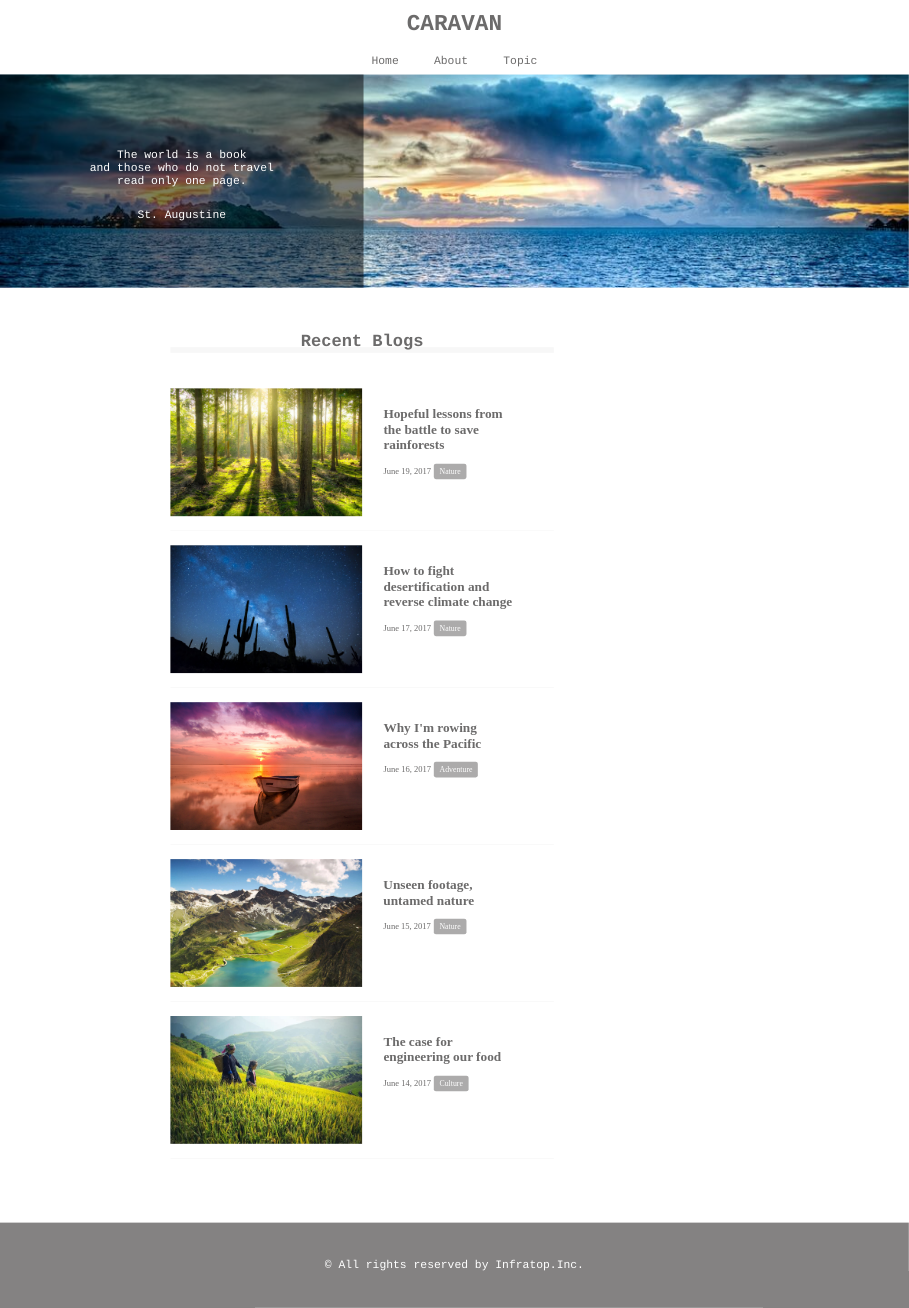
Repository: KoPiyt/Infratop-01
Page: caravan/index.html
The author's editor kept a record of every edit. The page is drawn from the files as they stood at one moment, then again after the next edit.
The browser window is 1280 px wide. The pictures show the whole page, at 71% of full size.

Above is the page before.

### caravan/index.html
<!DOCTYPE html>
<html lang="ja">
  <head>
    <meta charset="UTF-8" />
    <!-- CSSファイルの読み込み -->
    <link rel="stylesheet" href="style.css" />
    <title>CARAVAN</title>
  </head>

  <body>
    <!-- header -->
    <header>
      <h1 class="heading">
        <a href="index.html">
          CARAVAN
        </a>
      </h1>
    </header>

    <!-- navigation -->
    <nav>
      <ul class="nav-list">
        <li class="nav-list-item">
          <a href="index.html">Home</a>
        </li>
        <li class="nav-list-item">About</li>
        <li class="nav-list-item">Topic</li>
      </ul>
    </nav>

    <!-- main-visual用のdiv -->
    <div class="main-visual">
      <div class="main-visual-content">
        <!-- pタグ（と文字）を追加 -->
        <p class="main-visual-text">
          The world is a book<br>
          and those who do not travel<br>
          read only one page.
        </p>
        <p class="main-visual-name">
          St. Augustine
        </p>      </div>
    </div>

    <!-- main用のdiv -->
    <main>
      <section class="blog">
        <h2 class="blog-heading">Recent Blogs</h2>
    <div class="blog-box">
          <div class="blog-item">
            <img class="blog-image" src="img/forest.jpg" />
            <section class="blog-text">
              <h3 class="blog-text-heading">
                <a href="single.html">
                  Hopeful lessons from<br>
                  the battle to save<br>
                  rainforests
                </a>
              </h3>
              <p class="blog-date">June 19, 2017</p>
              <span class="category">Nature</span>
            </section>
          </div>

          <div class="blog-item">
            <img class="blog-image" src="img/desert.jpg" />
            <section class="blog-text">
              <h3 class="blog-text-heading">
                <a href="single.html">
                  How to fight<br>
                  desertification and<br>
                  reverse climate change
                </a>
              </h3>
              <p class="blog-date">June 17, 2017</p>
              <span class="category">Nature</span>
            </section>
          </div>

          <div class="blog-item">
            <img class="blog-image" src="img/sunset.jpg" />
            <section class="blog-text">
              <h3 class="blog-text-heading">
                <a href="single.html">
                  Why I'm rowing<br>
                  across the Pacific
                </a>
              </h3>
              <p class="blog-date">June 16, 2017</p>
              <span class="category">Adventure</span>
            </section>
          </div>

          <div class="blog-item">
            <img class="blog-image" src="img/italy.jpg" />
            <section class="blog-text">
              <h3 class="blog-text-heading">
                <a href="single.html">
                  Unseen footage,<br>
                  untamed nature
                </a>
              </h3>
              <p class="blog-date">June 15, 2017</p>
              <span class="category">Nature</span>
            </section>
          </div>

          <div class="blog-item">
            <img class="blog-image" src="img/asia.jpg" />
            <section class="blog-text">
              <h3 class="blog-text-heading">
                <a href="single.html">
                  The case for<br>
                  engineering our food
                </a>
              </h3>
              <p class="blog-date">June 14, 2017</p>
              <span class="category">Culture</span>
            </section>
          </div>
        </div>

      </section>
      <div class="sidebar"></div>
    </main>

    <!-- footer -->
    <footer>
      <p class="footer-text">© All rights reserved by Infratop.Inc.</p>
    </footer>
  </body>
</html>

### caravan/style.css
/* ブラウザがそれぞれ持っているCSSをリセットするための記述 */
* {
  margin: 0;
  padding: 0;
  box-sizing: border-box;
  color: #6c6b6b;
}

a {
  text-decoration: none;
}

header, nav, h2, .main-visual, footer {
  font-family: Chalkduster, "Bradley Hand", Courier, "Segoe Print", sans-serif;
}


header {
  width: 90%; /* 横幅90% */
  padding: 15px 0;
  margin: 0 auto;
  text-align: center;
}

.social i {
  display: inline-block;
  margin-left: 20px;
}

header .heading { /* headerタグ内のheadingクラスにのみ反映される */
  font-size: 32px;
}

.nav-list {
  text-align: center;
  padding: 10px 0;
  margin: 0 auto;
}

.nav-list-item {
  list-style: none;
  display: inline-block;
  margin: 0 20px;
}

.main-visual {
  width: 100%; /* 横幅いっぱい */
  height: 300px; /* 高さ300px */
  background-image: url(img/mv.jpg);
  background-size: cover;
  background-position: center;
}

.main-visual-content {
  width: 40%; /* 横幅40% */
  height: 300px; /* 親の高さに揃える */
  background-color: rgba( 0, 0, 0, 0.5); /* 背景色を半透明の黒にする */
  text-align: center; /* 文字を中央揃えにする */
  padding-top: 105px; /* 上側の内側余白で垂直方向の位置を調整 */
}

.main-visual-text {
  color: #fff; /* 文字色を白に変更 */
}

.main-visual-name {
  margin-top: 30px; /* 上側の外側の余白 */
  color: #fff; /* 文字色を白に変更 */
}

main {
  width: 800px; /* 横幅800px */
  display: flex; /* Flexboxの利用 */
  justify-content: center; /* 要素の横並び・中央寄せ */
  margin: 0 auto; /* 要素の中央揃え */
  padding: 70px 0; /* 上下に70px、左右に0pxの内側余白 */
}

.blog {
  width: 540px;
  margin-right: 30px; /* 領域の右側余白 */
}

.blog-heading {
  border-bottom: 8px solid #f7f7f7;
  text-align: center;
  line-height: 0.6;
}

.blog-box {
  padding-top: 50px;
}

.blog-item {
  padding-bottom: 20px;
  margin-bottom: 20px;
  border-bottom: 1px solid #f7f7f7;
  display: flex;
  justify-content: flex-start;
}

.blog-image {
  height: 180px;
}

.blog-text {
  padding: 25px 0 0 30px;
}

.blog-text-heading {
  padding-bottom: 15px;
}

.blog-date {
  font-size: 12px;
  display: inline-block;
}

.category {
  display: inline-block;
  padding: 5px 8px;
  background-color: #acabab;
  border-radius: 3px;
  color: #fff;
  font-size: 11px;
}

.pagination {
  text-align: center;
  padding-top: 50px;
}

.pagination p {
  display: inline-block;
  width: 30px;
  height: 30px;
  margin: 0 5px;
  color: #fff;
  background-color: #acabab;
  border-radius: 3px;
  line-height: 30px;
}

.sidebar {
  width: 230px;
}

.common-heading {
  border-bottom: 8px solid #f7f7f7;
  text-align: center;
  line-height: 0.6;
}

.sidebar-contents {
  padding: 50px 0;
}

.popular-text,
.categories-text {
  padding-bottom: 5px;
  border-bottom: 1px solid #f7f7f7;
  margin-bottom: 5px;
}

.popular-text:last-child,
.categories-text:last-child {
  margin: 0;
  padding: 0;
  border: none;
}

.instagram .sidebar-contents {
  display: flex;
  flex-wrap: wrap;
}

.instagram-box {
  width: 110px;
  padding-top: 110px;
  background-size: cover;
  background-position: center;
  margin-bottom: 10px;
}

.instagram-box:nth-child(odd) {
  margin: 0 10px 10px 0;
}

.instagram-box:nth-child(1) {
  background-image: url(img/airport.jpg);
}

.instagram-box:nth-child(2) {
  background-image: url(img/japan.jpg);
}

.instagram-box:nth-child(3) {
  background-image: url(img/snow.jpg);
}

.instagram-box:nth-child(4) {
  background-image: url(img/japan2.jpg);
}

.instagram-box:nth-child(5) {
  background-image: url(img/lake.jpg);
}

.instagram-box:nth-child(6) {
  background-image: url(img/road.jpg);
}

footer {
  width: 100%; /* 横幅いっぱい */
  height: 120px; /* 高さ120px */

  text-align: center;
  line-height: 120px;
  background-color: #848282;
}

.footer-text {
  color: #fff;
}


@media screen and (max-width: 425px) {

  .social i {
    color: blue;
  }
  main{
    width:100%;
  }

   .nav-list {
    width: 100%;
  }
 .blog{
    width:100%;
  }
  header{
    width:100%;
  }
  .blog-box{
    width:100%;
  }
}

After the next edit:
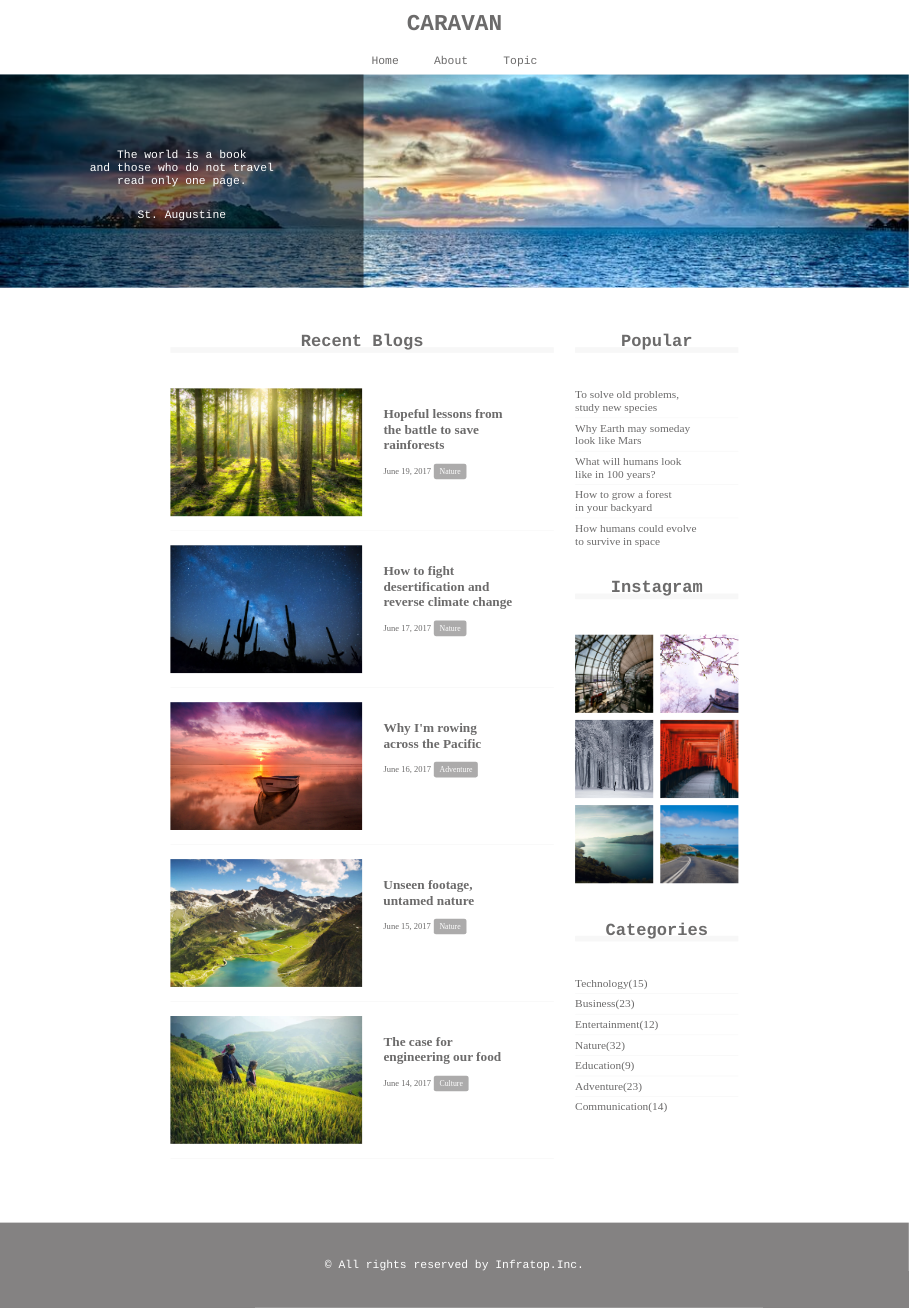
The edit:
--- a/caravan/index.html
+++ b/caravan/index.html
@@ -121,7 +121,42 @@
         </div>
 
       </section>
-      <div class="sidebar"></div>
+      <div class="sidebar">
+         <section class="popular">
+          <h2 class="popular-heading common-heading">Popular</h2>
+          <div class="sidebar-contents">
+            <p class="popular-text">To solve old problems,<br>study new species</p>
+            <p class="popular-text">Why Earth may someday<br>look like Mars</p>
+            <p class="popular-text">What will humans look<br>like in 100 years?</p>
+            <p class="popular-text">How to grow a forest<br>in your backyard</p>
+            <p class="popular-text">How humans could evolve<br>to survive in space</p>
+          </div>
+         </section>
+
+        <section class="instagram">
+          <h2 class="instagram-heading common-heading">Instagram</h2>
+          <div class="sidebar-contents">
+            <div class="instagram-box"></div>
+            <div class="instagram-box"></div>
+            <div class="instagram-box"></div>
+            <div class="instagram-box"></div>
+            <div class="instagram-box"></div>
+            <div class="instagram-box"></div>
+          </div>
+        </section>
+        <section class="categories">
+          <h2 class="categories-heading common-heading">Categories</h2>
+          <div class="sidebar-contents">
+            <p class="categories-text">Technology(15)</p>
+            <p class="categories-text">Business(23)</p>
+            <p class="categories-text">Entertainment(12)</p>
+            <p class="categories-text">Nature(32)</p>
+            <p class="categories-text">Education(9)</p>
+            <p class="categories-text">Adventure(23)</p>
+            <p class="categories-text">Communication(14)</p>
+          </div>
+        </section>
+      </div>
     </main>
 
     <!-- footer -->
